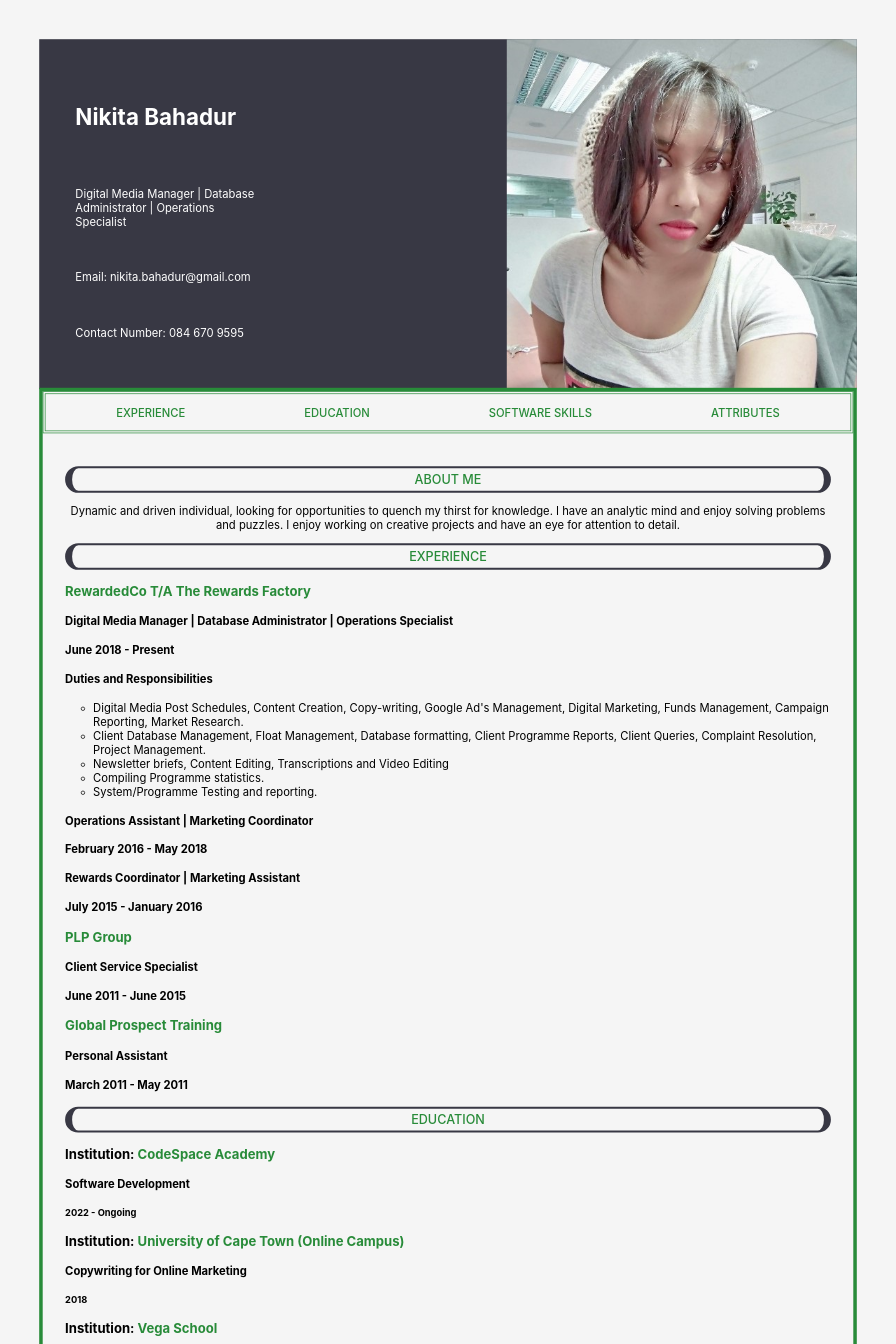
Repository: acidpixie/Resume-Example
Page: index.html
The author's editor kept a copy of each file at every save. The page is drawn from the files as they stood at one save, then again after the next save.
The browser window is 1280 px wide. The pictures show the part of the page from y = 0 to 1920 px (the page is 2916 px tall before and 2664 px after), at 70% of full size.

Above is the page before, as saved 2022-03-03 18:54:19.

### index.html
<!DOCTYPE html>
<html lang="en">
<head>
    <meta charset="UTF-8">
    <meta http-equiv="X-UA-Compatible" content="IE=edge">
    <meta name="viewport" content="width=device-width, initial-scale=1.0">
    <title>Resume 2</title>
    <link rel="stylesheet" type="text/css" href="css/stylesheet.css">
</head>

<header>
    <div class="Box">
    <img src="/images/displaypicture.jpg" alt="profile photo" id="profilepicture">

    <ul class="InfoList">
    <li><h1>Nikita Bahadur</h1></li>
    <li>Digital Media Manager | Database Administrator | Operations Specialist</li>
    <li>Email: nikita.bahadur@gmail.com</li>
    <li>Contact Number: 084 670 9595</li>

    </ul>
    </div>


</header>

<body>

<section class="Content">


<div class="Nav">

        <a href="#Experience">Experience</a>
        <a href="#Education">Education</a>
        <a href="#Software">Software Skills</a>
        <a href="#Attributes">Attributes</a>

</div>


<main class="Main">

<h2>About Me</h2>
<p>Dynamic and driven individual, looking for opportunities to quench my thirst for knowledge.
    I have an analytic mind and enjoy solving problems and puzzles.
    I enjoy working on creative projects and have an eye for attention to detail.
</p>



<h2 id='Experience'>Experience</h2>
<h3><a href="https://www.therewardsfactory.com/" target="_blank">RewardedCo T/A The Rewards Factory</a></h3>
<h4>Digital Media Manager | Database Administrator | Operations Specialist</h4>
<h4>June 2018 - Present</h4>
<h4>Duties and Responsibilities</h4>
<ul class="Lists">
    <li>Digital Media Post Schedules, Content Creation, Copy-writing, Google Ad's Management, Digital Marketing, Funds Management, Campaign Reporting, Market Research.
    </li>
    <li>Client Database Management, Float Management, Database formatting, Client Programme Reports, Client Queries, Complaint Resolution, Project Management.
    </li>
    <li>Newsletter briefs, Content Editing, Transcriptions and Video Editing
    </li>
    <li>Compiling Programme statistics.
    </li>
    <li>System/Programme Testing and reporting.
    </li>
</ul>

<h4>Operations Assistant | Marketing Coordinator</h4>
<h4>February 2016 - May 2018</h4>

<h4>Rewards Coordinator | Marketing Assistant</h4>
<h4>July 2015 - January 2016</h4>

<h3> <a href="https://www.plp.co.za" target="_blank">PLP Group</a></h3>
<h4>Client Service Specialist</h4>
<h4>June 2011 - June 2015</h4>

<h3> <a href="https://gptrainingsa.com" target="_blank">Global Prospect Training</a></h3>
<h4>Personal Assistant</h4>
<h4>March 2011 - May 2011</h4>

<h2 id="Education">Education</h2>
<h3>Institution: <a href="https://www.codespace.co.za/" target="_blank">CodeSpace Academy</a></h3>
<h4>Software Development</h4>
<h5>2022 - Ongoing</h5>

<h3>Institution: <a href="https://www.getsmarter.com/products/universities/university-of-cape-town" target="_blank">University of Cape Town (Online Campus)</a></h3>
<h4>Copywriting for Online Marketing</h4>
<h5>2018</h5>

<h3>Institution: <a href="https://www.vegaschool.com/" target="_blank">Vega School</a></h3>
<h4>Professional Diploma in Digital Marketing</h4>
<h5>2016</h5>

<h3>Institution: St Oswalds Secondary School</h3>
<h4>Grade 12 - Admission to Bachelor Degree</h4>
<h5>2010</h5>

<h2 id='Software'>Software Skills</h2>
<ul class="Lists">
    <li>Microsoft Office (Word/ Excel/ Powerpoint,etc)</li>
    <li>Adobe CS Suite (Photoshop/ Premiere/ Illustrator)</li>
    <li>Google Ad's/ Google Analytics/ Google Adsence</li>
    <li>Visual Studio Code / Adobe Brackets</li>
    <li>Github</li>
    <li>Slack</li>
</ul>

<h2>Interests</h2>
<ul class="Lists">
    <li>Image Editing and Graphics Design</li>
    <li>Writing Short Stories/ Poetry</li>
    <li>Reading (Fantasy/ Sci-Fi)</li>
    <li>Cosplay and Kpop</li>
    <li>Movies, Music and Gaming</li>
</ul>

<h2 id='Attributes'>Attributes</h2>
<ul class="Lists">
    <li>Strong written and verbal communication</li>
    <li>Conflict Resolution</li>
    <li>Innovative Thinker</li>
    <li>Team Player</li>
    <li>Self Motivated</li>
    <li>Dedicated</li>
    <li>Independent</li>
</ul>
</body>

</main>
</section>

<footer>
<a href="https://www.linkedin.com/in/nikita-bahadur-34b079a5/" target="_blank"><img src="/images/Linkedin.png" alt="linkedin" class="Icons"></a>
<a href="https://entropyensued.wordpress.com/" target="_blank"><img src="/images/blog.png" alt="blog" class="Icons"></a>


</footer>
</html>

### css/stylesheet.css
* { box-sizing: content-box;}

body{
    font-family: -apple-system, BlinkMacSystemFont, 'Segoe UI', Roboto, Oxygen, Ubuntu, Cantarell, 'Open Sans', 'Helvetica Neue', sans-serif;
    font: size 100px;
    background-color: whitesmoke;
    display: flex;
    flex-direction: column;
  }

  header {
    margin: 3rem;
    margin-bottom: -50px;
    background-color:#383844;
    color: #ffffff;
  }

  header a{
    color: #288b39;
  }

  footer {
    background-color: #383844;
    margin: 3rem;
    margin-top: -50px;
    display: flex;
    flex-direction: row-reverse;

  }

  .Nav {
    font-size: medium;
    font-weight: 500;
    font-stretch: 3rem;
    display: flex;
    justify-content: space-around;
    flex-basis: auto;
    padding: 1rem;
    border: 4px double #288b39;
    border-width: auto;

    }

  .Nav a {
    color: #288b39;
  }

  .Main {
    margin: 1rem;
    padding: 1rem;


  }

  p {
    text-align: center;

  }


  h2 {
    border-style: solid;
    border-width: 3px;
    border-left-width: 10px;
    border-right-width: 10px;
    border-color: #383844;
    border-radius: 30px 30px 30px 30px;
    text-align: center;
  }

  h2 {
    padding: 0.5% 0 0.5% 0;
    color: #288b39;
    font-size: large;
    font-weight: 500;
    text-transform: uppercase;

  }

  h3 a{
    text-decoration: none;
    color: #288b39;
  }


  .Icons {
    display: flex;
    width: 40px;
    margin: 40px;
    height: auto;

  }

.Box {
  display: flex;
  justify-content:space-between;
  flex-direction: row-reverse;

}

.InfoList {
  margin: 1% 30% 1% 1%;
  list-style-type: none;
  display: flex;
  flex-direction: column;
  align-items: flex-start;
  text-align: left;
  justify-content: space-evenly;

}

#ProfilePicture {
  display: flex;
  width: 15%;
  height: 15%;
  border-radius: 50%;
  border: 4px solid white;
  margin: 2rem;
}

.Content {
  margin: 3rem;
  border: 5px solid #288b39;
}

.Nav a{
  text-decoration: none;
  text-transform: uppercase;
}

.Lists {
  list-style-type: circle;
}

After the next save:
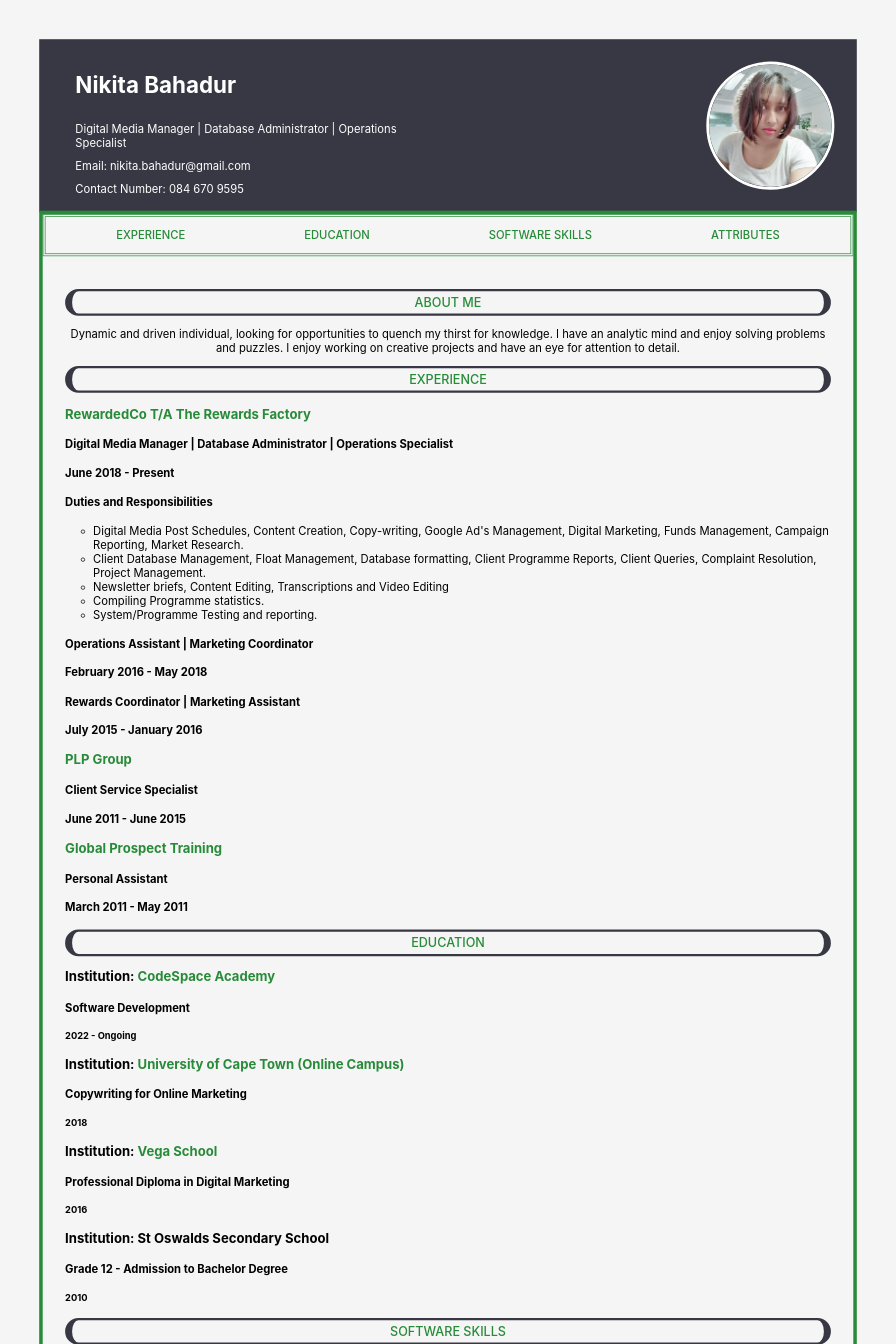
Saved 14 s later.
--- a/index.html
+++ b/index.html
@@ -10,7 +10,7 @@
 
 <header>
     <div class="Box">
-    <img src="/images/displaypicture.jpg" alt="profile photo" id="profilepicture">
+    <img src="/images/displaypicture.jpg" alt="profile photo" id="ProfilePicture">
 
     <ul class="InfoList">
     <li><h1>Nikita Bahadur</h1></li>
